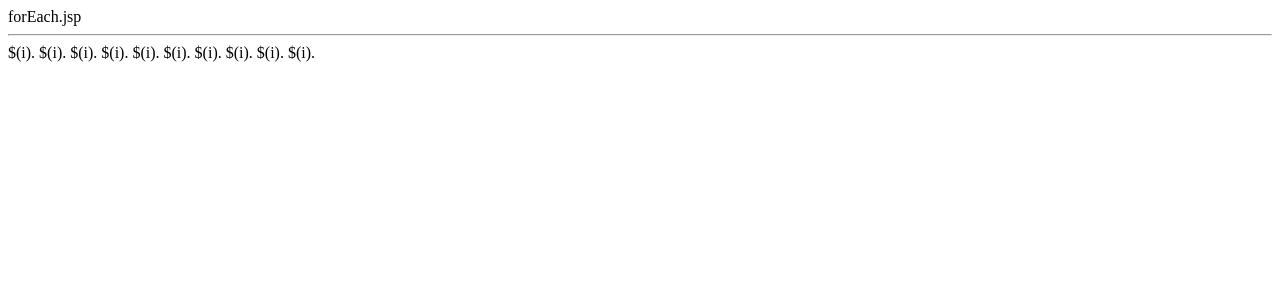
Repository: cartoon1110/KosaSwCourse
Page: http://localhost/JSPprogramming/ch11/forEach.jsp
These files come from the project's save history. The page is drawn as it stood at one moment and after the next save; the edit follows.
The browser window is 1280 px wide. The pictures show the whole page.
The page is served by Tomcat 9. Other server files are loaded and not shown.

Above is the page before, as saved 2015-08-29 08:03:18.

### workspace-web/JSPprogramming/WebContent/ch11/forEach.jsp
<%@ page contentType="text/html; charset=UTF-8"%>
<%@ taglib prefix="c" uri="http://java.sun.com/jsp/jstl/core" %>

<!DOCTYPE html >
<html>
	<head>
		<meta charset="UTF-8">
		<title>Insert title here</title>
	</head>


	<body>
		forEach.jsp
		<hr/>

		<c:forEach var="i" begin="0" end="9">
			$(i).
		</c:forEach>

	</body>
</html>

After the next save:
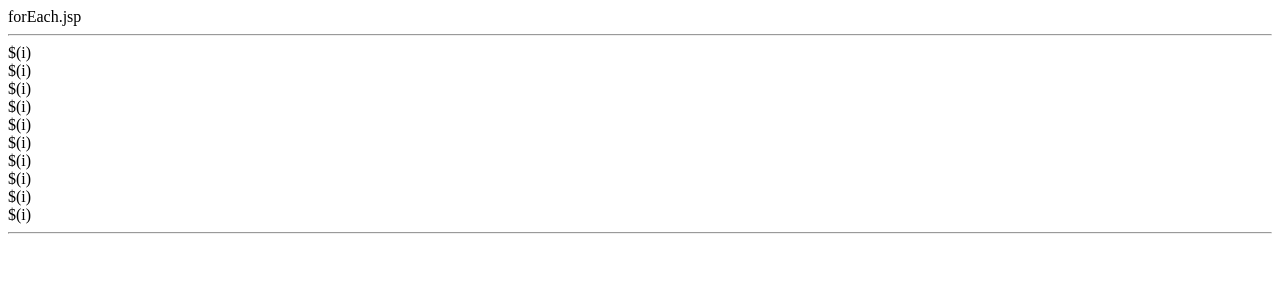
Saved 10 s later.
--- a/workspace-web/JSPprogramming/WebContent/ch11/forEach.jsp
+++ b/workspace-web/JSPprogramming/WebContent/ch11/forEach.jsp
@@ -14,8 +14,11 @@
 		<hr/>
 
 		<c:forEach var="i" begin="0" end="9">
-			$(i).
+			$(i) <br/>
 		</c:forEach>
+		<hr/>
+
+
 
 	</body>
 </html>
